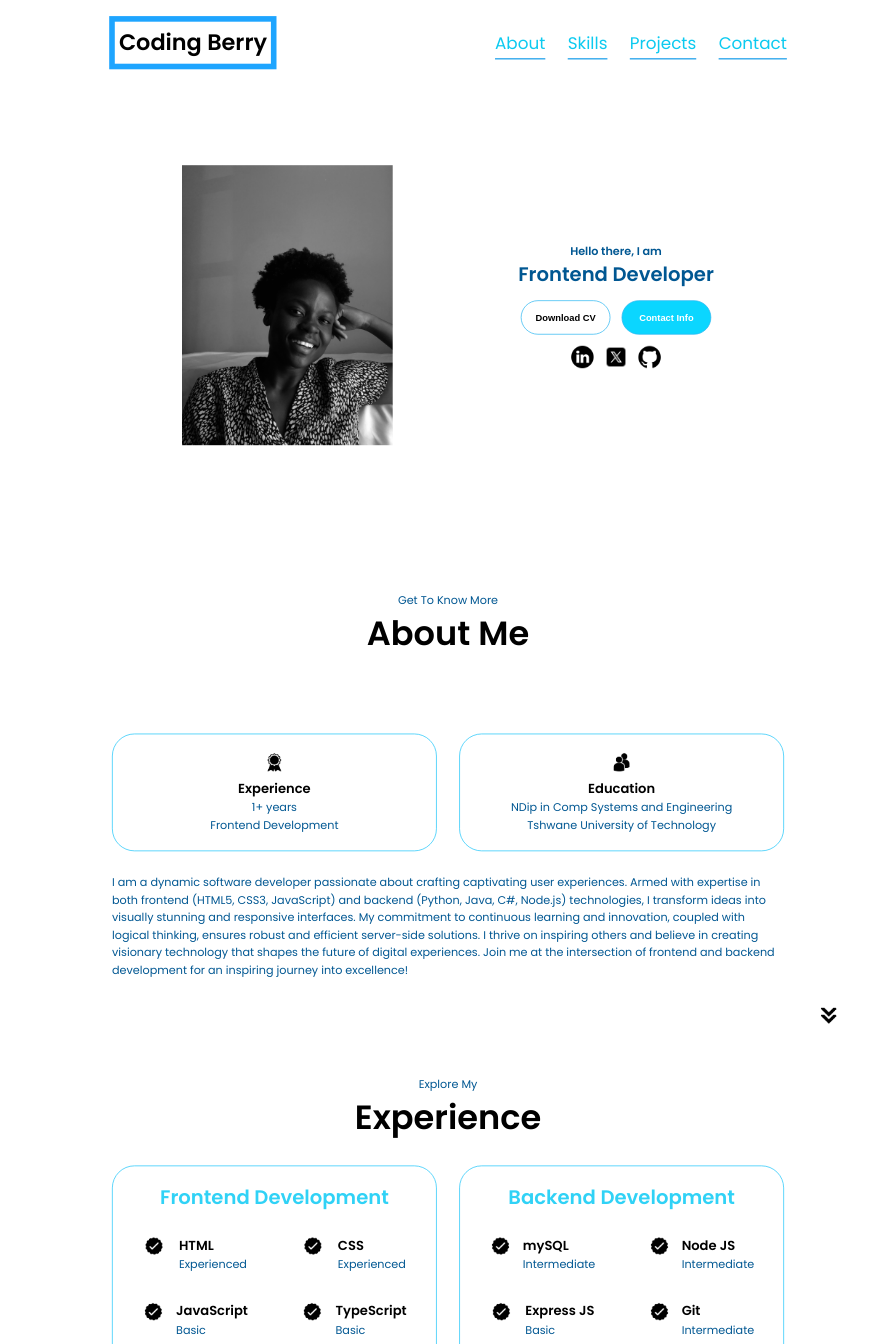
Repository: ntandomagana/FS-Dev-Portfolio
Page: index.html
An editor plug-in stored every save of this project. The page is shown before and after the next save, followed by the edit.
The browser window is 1280 px wide. The pictures show the part of the page from y = 0 to 1920 px (the page is 3177 px tall), at 70% of full size.

Above is the page before, as saved 2024-05-04 14:16:00.

### index.html
<!DOCTYPE html>
<html lang="en">
  <head>
    <meta charset="UTF-8" />
    <meta http-equiv="X-UA-Compatible" content="IE=edge" />
    <meta name="viewport" content="width=device-width, initial-scale=1.0" />
    <title>My Portfolio</title>
    <link rel="stylesheet" href="style.css" />
    <link rel="stylesheet" href="mediaqueries.css" />
  </head>
  <body>
    <nav id="desktop-nav">
      <div class="logo">Coding Berry</div>
      <div>
        <ul class="nav-links">
          <li><a href="#about">About</a></li>
          <li><a href="#experience">Skills</a></li>
          <li><a href="#projects">Projects</a></li>
          <li><a href="#contact">Contact</a></li>
        </ul>
      </div>
    </nav>
    <nav id="hamburger-nav">
      <div class="logo">Coding Berry</div>
      <div class="hamburger-menu">
        <div class="hamburger-icon" onclick="toggleMenu()">
          <span></span>
          <span></span>
          <span></span>
        </div>
        <div class="menu-links">
          <li><a href="#about" onclick="toggleMenu()">About</a></li>
          <li><a href="#experience" onclick="toggleMenu()">Skills</a></li>
          <li><a href="#projects" onclick="toggleMenu()">Projects</a></li>
          <li><a href="#contact" onclick="toggleMenu()">Contact</a></li>
        </div>
      </div>
    </nav>
    <section id="profile">
      <div class="section__pic-container">
        <img src="./assets/bwpp.jpg" alt="profile picture" />
      </div>
      <div class="section__text">
        <p class="section__text__p1">Hello there, I am</p>

        <h1 class="title"><span id="typed-text"></span></h1>

        <p class="section__text__p2">Frontend Developer</p>
        <div class="btn-container">
          <button
            class="btn btn-color-2"
            onclick="window.open('./assets/NP Magana - Web Developer.pdf')"
          >
            Download CV
          </button>
          <button class="btn btn-color-1" onclick="location.href='./#contact'">
            Contact Info
          </button>
        </div>
        <div id="socials-container">
          <img
            src="./assets/linkedin.png"
            alt="My LinkedIn profile"
            class="icon"
            onclick="location.href='https://www.linkedin.com/in/ntandoyenkosi-magana-/'"
          />

          <img
            src="./assets/icons8-twitterx-50.png"
            alt="My Github profile"
            class="icon"
            onclick="location.href='https://twitter.com/Sir_M_Charles'"
          />
          <img
            src="./assets/github.png"
            alt="My Github profile"
            class="icon"
            onclick="location.href='https://github.com/ntandomagana'"
          />
        </div>
      </div>
    </section>
    <section id="about">
      <p class="section__text__p1">Get To Know More</p>
      <h1 class="title">About Me</h1>
      <div class="section-container">
        <div class="about-details-container">
          <div class="about-containers">
            <div class="details-container">
              <img
                src="./assets/experience.png"
                alt="Experience icon"
                class="icon"
              />
              <h3>Experience</h3>
              <p>1+ years <br />Frontend Development</p>
            </div>
            <div class="details-container">
              <img
                src="./assets/education.png"
                alt="Education icon"
                class="icon"
              />
              <h3>Education</h3>
              <p>
                NDip in Comp Systems and Engineering <br />Tshwane University of
                Technology
              </p>
            </div>
          </div>
          <div class="text-container">
            <p>
              I am a dynamic software developer passionate about crafting
              captivating user experiences. Armed with expertise in both
              frontend (HTML5, CSS3, JavaScript) and backend (Python, Java, C#,
              Node.js) technologies, I transform ideas into visually stunning
              and responsive interfaces. My commitment to continuous learning
              and innovation, coupled with logical thinking, ensures robust and
              efficient server-side solutions. I thrive on inspiring others and
              believe in creating visionary technology that shapes the future of
              digital experiences. Join me at the intersection of frontend and
              backend development for an inspiring journey into excellence!
            </p>
          </div>
        </div>
      </div>
      <img
        src="./assets/arrow.png"
        alt="Arrow icon"
        class="icon arrow"
        onclick="location.href='./#experience'"
      />
    </section>
    <section id="experience">
      <p class="section__text__p1">Explore My</p>
      <h1 class="title">Experience</h1>
      <div class="experience-details-container">
        <div class="about-containers">
          <div class="details-container">
            <h2 class="experience-sub-title">Frontend Development</h2>
            <div class="article-container">
              <article>
                <img
                  src="./assets/checkmark.png"
                  alt="Experience icon"
                  class="icon"
                />
                <div>
                  <h3>HTML</h3>
                  <p>Experienced</p>
                </div>
              </article>
              <article>
                <img
                  src="./assets/checkmark.png"
                  alt="Experience icon"
                  class="icon"
                />
                <div>
                  <h3>CSS</h3>
                  <p>Experienced</p>
                </div>
              </article>
              <article>
                <img
                  src="./assets/checkmark.png"
                  alt="Experience icon"
                  class="icon"
                />
                <div>
                  <h3>JavaScript</h3>
                  <p>Basic</p>
                </div>
              </article>
              <article>
                <img
                  src="./assets/checkmark.png"
                  alt="Experience icon"
                  class="icon"
                />
                <div>
                  <h3>TypeScript</h3>
                  <p>Basic</p>
                </div>
              </article>
              <article></article>
            </div>
          </div>
          <div class="details-container">
            <h2 class="experience-sub-title">Backend Development</h2>
            <div class="article-container">
              <article>
                <img
                  src="./assets/checkmark.png"
                  alt="Experience icon"
                  class="icon"
                />
                <div>
                  <h3>mySQL</h3>
                  <p>Intermediate</p>
                </div>
              </article>
              <article>
                <img
                  src="./assets/checkmark.png"
                  alt="Experience icon"
                  class="icon"
                />
                <div>
                  <h3>Node JS</h3>
                  <p>Intermediate</p>
                </div>
              </article>
              <article>
                <img
                  src="./assets/checkmark.png"
                  alt="Experience icon"
                  class="icon"
                />
                <div>
                  <h3>Express JS</h3>
                  <p>Basic</p>
                </div>
              </article>
              <article>
                <img
                  src="./assets/checkmark.png"
                  alt="Experience icon"
                  class="icon"
                />
                <div>
                  <h3>Git</h3>
                  <p>Intermediate</p>
                </div>
              </article>
            </div>
          </div>
        </div>
      </div>
      <img
        src="./assets/arrow.png"
        alt="Arrow icon"
        class="icon arrow"
        onclick="location.href='./#projects'"
      />
    </section>
    <section id="projects">
      <p class="section__text__p1">View My Recent</p>
      <h1 class="title">Projects</h1>
      <div class="experience-details-container">
        <div class="about-containers">
          <div class="details-container color-container">
            <div class="article-container">
              <img
                src="./assets/coming soon.jpg"
                alt="Project 1"
                class="project-img"
              />
            </div>
            <h2 class="experience-sub-title project-title">Project One</h2>
            <div class="btn-container">
              <button
                class="btn btn-color-2 project-btn"
                onclick="location.href='https://github.com/'"
              >
                Github
              </button>
            </div>
          </div>
          <div class="details-container color-container">
            <div class="article-container">
              <img
                src="./assets/coming soon.jpg"
                alt="Project 2"
                class="project-img"
              />
            </div>
            <h2 class="experience-sub-title project-title">Project Two</h2>
            <div class="btn-container">
              <button
                class="btn btn-color-2 project-btn"
                onclick="location.href='https://github.com/'"
              >
                Github
              </button>
            </div>
          </div>
          <div class="details-container color-container">
            <div class="article-container">
              <img
                src="./assets/coming soon.jpg"
                alt="Project 3"
                class="project-img"
              />
            </div>
            <h2 class="experience-sub-title project-title">Project Three</h2>
            <div class="btn-container">
              <button
                class="btn btn-color-2 project-btn"
                onclick="location.href='https://github.com/'"
              >
                Github
              </button>
            </div>
          </div>
        </div>
      </div>
      <img
        src="./assets/arrow.png"
        alt="Arrow icon"
        class="icon arrow"
        onclick="location.href='./#contact'"
      />
    </section>
    <section id="contact">
      <p class="section__text__p1">Get in Touch</p>
      <h1 class="title">Contact Me</h1>
      <div class="contact-info-upper-container">
        <div class="contact-info-container">
          <img
            src="./assets/email.png"
            alt="Email icon"
            class="icon contact-icon email-icon"
          />
          <p>
            <a href="mailto:ntandomagana@gmail.com">ntandomagana@gmail.com</a>
          </p>
        </div>
        <div class="contact-info-container">
          <img
            src="./assets/linkedin.png"
            alt="LinkedIn icon"
            class="icon contact-icon"
          />
          <p><a href="https://www.linkedin.com">LinkedIn</a></p>
        </div>
      </div>
    </section>
    <footer>
      <nav>
        <div class="nav-links-container">
          <ul class="nav-links">
            <li><a href="#about">About</a></li>
            <li><a href="#experience">Skills</a></li>
            <li><a href="#projects">Projects</a></li>
            <li><a href="#contact">Contact</a></li>
          </ul>
        </div>
      </nav>
      <p>Copyright &#169; 2023 Ntando Magana. All Rights Reserved.</p>
    </footer>
    <script src="script.js"></script>
  </body>
</html>

### style.css
@import url("https://fonts.googleapis.com/css2?family=Poppins:wght@300;400;500;600&display=swap");

* {
  margin: 0;
  padding: 0;
}

body {
  font-family: "Poppins", sans-serif;
}

html {
  scroll-behavior: smooth;
}

p {
  color: #005792;
}

section {
  margin-bottom: 2px;
}

a,
.btn {
  transition: all 300ms ease;
}

nav,
.nav-links {
  display: flex;
}

nav {
  justify-content: space-around;
  align-items: center;
  height: 17vh;
}

.nav-links {
  gap: 2rem;
  list-style-type: none;
  font-size: 1.5rem;
}

a {
  color: rgb(11, 202, 240);
  text-decoration: underline;
  text-underline-offset: 0.8rem;
  text-decoration-color: rgb(51, 169, 237);
}

.logo {
  font-size: 2rem;
}

.logo:hover {
  cursor: default;
}

#hamburger-nav {
  display: none;
}

.hamburger-menu {
  position: relative;
  display: inline-block;
}

.hamburger-icon {
  display: flex;
  flex-direction: column;
  justify-content: space-between;
  height: 24px;
  width: 30px;
  cursor: pointer;
}

.hamburger-icon span {
  width: 100%;
  height: 2px;
  background-color: rgb(9, 255, 255);
  transition: all 0.3 ease-in-out;
}

.menu-links {
  position: absolute;
  top: 100%;
  right: 0;
  background-color: white;
  width: fit-content;
  max-height: 0;
  overflow: hidden;
  transition: all 0.3 ease-in-out;
}

.menu-links a {
  display: block;
  padding: 10px;
  text-align: center;
  font-size: 1.5rem;
  color: rgb(15, 224, 231);
  text-decoration: none;
  transition: all 0.3 ease-in-out;
}

.menu-links li {
  list-style-type: none;
}

.menu-links.open {
  max-height: 300px;
}

.hamburger-icon.open span:first-child {
  transform: rotate(45deg) translate(10px, 5px);
}

.hamburger-icon.open span:nth-child(2) {
  opacity: 0;
}

.hamburger-icon.open span:last-child {
  transform: rotate(-45deg) translate(10px, -5px);
}

.hamburger-icon span:first-child {
  transform: none;
}

.hamburger-icon span:first-child {
  opacity: 1;
}

.hamburger-icon span:first-child {
  transform: none;
}

section {
  padding-top: 4vh;
  height: 96vh;
  margin: 0 10rem;
  box-sizing: border-box;
  min-height: fit-content;
}

.section-container {
  display: flex;
}

#profile {
  display: flex;
  justify-content: center;
  gap: 5rem;
  height: 80vh;
}

.section__pic-container {
  display: flex;
  height: 400px;
  width: 400px;
  margin: auto 0;
}

.section__text {
  align-self: center;
  text-align: center;
}

.section__text p {
  font-weight: 600;
}

.section__text__p1 {
  text-align: center;
}

.section__text__p2 {
  font-size: 1.75rem;
  margin-bottom: 1rem;
}

.title {
  font-size: 3rem;
  text-align: center;
}

#socials-container {
  display: flex;
  justify-content: center;
  margin-top: 1rem;
  gap: 1rem;
}

.icon {
  cursor: pointer;
  height: 2rem;
}

/* BUTTONS */

.btn-container {
  display: flex;
  justify-content: center;
  gap: 1rem;
}

.btn {
  font-weight: 600;
  transition: all 300ms ease;
  padding: 1rem;
  width: 8rem;
  border-radius: 2rem;
}

.btn-color-1,
.btn-color-2 {
  border: rgb(43, 182, 241) 0.1rem solid;
}

.btn-color-1:hover,
.btn-color-2:hover {
  cursor: pointer;
}

.btn-color-1,
.btn-color-2:hover {
  background: rgb(11, 214, 255);
  color: white;
}

.btn-color-1:hover {
  background: rgb(83, 215, 232);
}

.btn-color-2 {
  background: none;
}

.btn-color-2:hover {
  border: rgb(26, 210, 243) 0.2rem solid;
}

.btn-container {
  gap: 1rem;
}

/* ABOUT SECTION */

#about {
  position: relative;
}

.about-containers {
  gap: 2rem;
  margin-bottom: 2rem;
  margin-top: 2rem;
}

.about-details-container {
  justify-content: center;
  flex-direction: column;
}

.about-containers,
.about-details-container {
  display: flex;
}

.arrow {
  position: absolute;
  right: -5rem;
  bottom: 2.5rem;
}

.details-container {
  padding: 1.5rem;
  flex: 1;
  background: white;
  border-radius: 2rem;
  border: rgb(34, 174, 239) 0.1rem solid;
  border-color: rgb(28, 197, 249);
  text-align: center;
}

.section-container {
  gap: 4rem;
  height: 80%;
}

.section__pic-container {
  height: 400px;
  width: 400px;
  margin: auto 0;
}

/* EXPERIENCE SECTION */

#experience {
  position: relative;
}

.experience-sub-title {
  color: rgb(48, 210, 246);
  font-weight: 600;
  font-size: 1.75rem;
  margin-bottom: 2rem;
}

.experience-details-container {
  display: flex;
  justify-content: center;
  flex-direction: column;
}

.article-container {
  display: flex;
  text-align: initial;
  flex-wrap: wrap;
  flex-direction: row;
  gap: 2.5rem;
  justify-content: space-around;
}

article {
  display: flex;
  width: 10rem;
  justify-content: space-around;
  gap: 0.5rem;
}

article .icon {
  cursor: default;
}

/* PROJECTS SECTION */

#projects {
  position: relative;
}

.color-container {
  border-color: rgb(21, 220, 255);
  background: rgb(250, 250, 250);
}

.project-img {
  border-radius: 2rem;
  width: 90%;
  height: 90%;
}

.project-title {
  margin: 1rem;
  color: #00bbf0;
}

.project-btn {
  color: #00bbf0;
  border-color: rgb(18, 217, 252);
}

/* CONTACT */

#contact {
  display: flex;
  justify-content: center;
  flex-direction: column;
  height: 70vh;
}

.contact-info-upper-container {
  display: flex;
  justify-content: center;
  border-radius: 2rem;
  border: rgb(16, 220, 242) 0.1rem solid;
  border-color: rgb(19, 211, 250);
  background: (250, 250, 250);
  margin: 2rem auto;
  padding: 0.5rem;
}

.contact-info-container {
  display: flex;
  align-items: center;
  justify-content: center;
  gap: 0.5rem;
  margin: 1rem;
}

.contact-info-container p {
  font-size: larger;
}

.contact-icon {
  cursor: default;
}

.email-icon {
  height: 2.5rem;
}

footer {
  height: 26vh;
  margin: 0 1rem;
}

footer p {
  text-align: center;
}

/* Add this CSS to your existing style.css or create a new style tag in the head of your HTML */

/* Bold, underline, and bubble effect for the logo */
.logo {
  font-weight: bold;
  text-decoration: wavy;
  display: inline-block;
  position: relative;
  border: 8px solid #1ea5ff; /* Adjust the border thickness and color as needed */
  padding: 6px; /* Adjust the padding as needed */
}

.logo::after {
  content: "";
  position: absolute;
  width: 100%;
  height: 0;
  bottom: 0;
  left: 0;
  opacity: 0;
  border-bottom: 2px solid #fff;
  animation: bubble 0.5s infinite ease-in-out;
}

@keyframes bubble {
  0% {
    height: 0;
    opacity: 0;
  }
  50% {
    height: 100%;
    opacity: 1;
  }
  100% {
    height: 0;
    opacity: 0;
  }
}

### mediaqueries.css
@media screen and (max-width: 1400px) {
  #profile {
    height: 83vh;
    margin-bottom: 6rem;
  }
  .about-containers {
    flex-wrap: wrap;
  }
  #contact,
  #projects {
    height: fit-content;
  }
}

@media screen and (max-width: 1200px) {
  #desktop-nav {
    display: none;
  }
  #hamburger-nav {
    display: flex;
  }
  #experience,
  .experience-details-container {
    margin-top: 2rem;
  }
  #profile,
  .section-container {
    display: block;
  }
  .arrow {
    display: none;
  }
  section,
  .section-container {
    height: fit-content;
  }
  section {
    margin: 0 5%;
  }
  .section__pic-container {
    width: 275px;
    height: 275px;
    margin: 0 auto 2rem;
  }
  .about-containers {
    margin-top: 0;
  }
}

@media screen and (max-width: 600px) {
  #contact,
  footer {
    height: 40vh;
  }
  #profile {
    height: 83vh;
    margin-bottom: 0;
  }
  article {
    font-size: 1rem;
  }
  footer nav {
    height: fit-content;
    margin-bottom: 2rem;
  }
  .about-containers,
  .contact-info-upper-container,
  .btn-container {
    flex-wrap: wrap;
  }
  .contact-info-container {
    margin: 0;
  }
  .contact-info-container p,
  .nav-links li a {
    font-size: 1rem;
  }
  .experience-sub-title {
    font-size: 1.25rem;
  }
  .logo {
    font-size: 1.5rem;
  }
  .nav-links {
    flex-direction: column;
    gap: 0.5rem;
    text-align: center;
  }
  .section__pic-container {
    width: auto;
    height: 46vw;
    justify-content: center;
  }
  .section__text__p2 {
    font-size: 1.25rem;
  }
  .title {
    font-size: 2rem;
  }
  .text-container {
    text-align: justify;
  }
}

### script.js
function toggleMenu() {
  const menu = document.querySelector(".menu-links");
  const icon = document.querySelector(".hamburger-icon");
  menu.classList.toggle("open");
  icon.classList.toggle("open");
}

//Javascript for looped typing effect
const typedText = document.getElementById("typed-text");
const textToType = 'Ntando Magana';

function typeText() {
  let index = 0;

  function type() {
    if (index < textToType.length) {
      typedText.innerHTML + -textToType.charAt(index);
      index++;
      setTimeout(type, 500); // typing speed in milliseconds
    } else {
      setTimeout(erase, 1000); // wait before erasing
    }
  }

  function erase() {
    if (typedText.innerHTML.lenght > 0) {
      typedText.innerHTML = typedText.innerHTML.slice(0, -1);
      setTimeout(erase, 500); //erasing speed in ms
    } else {
      index = 0; //Reset index for next typing cycle
      setTimeout(type, 500); // wait before typing again
    }
  }

  type(); // start typing
}

window.onload = typeText;

After the next save:
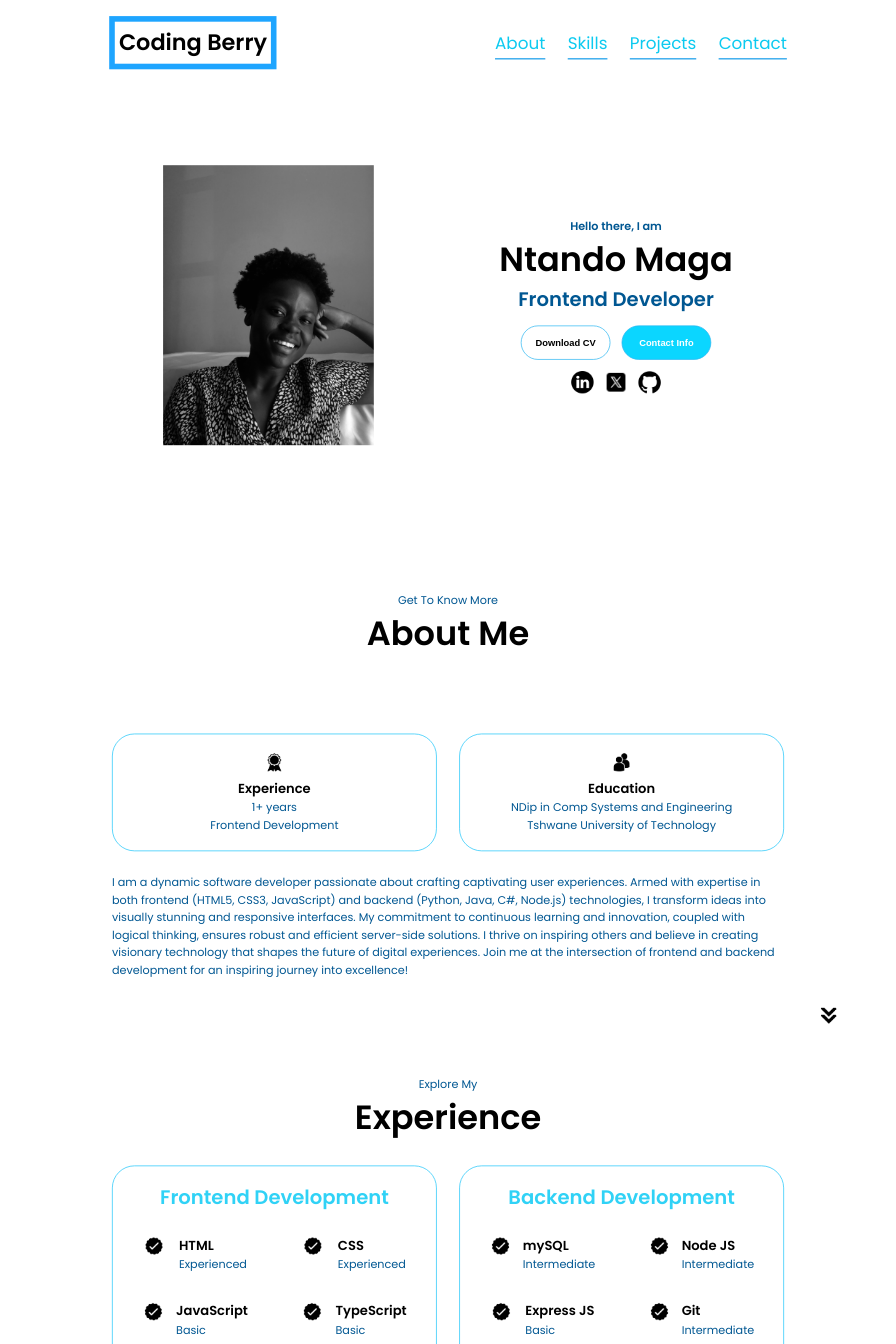
Saved 3 min 3 s later.
--- a/script.js
+++ b/script.js
@@ -14,7 +14,7 @@ function typeText() {
 
   function type() {
     if (index < textToType.length) {
-      typedText.innerHTML + -textToType.charAt(index);
+      typedText.innerHTML += textToType.charAt(index);
       index++;
       setTimeout(type, 500); // typing speed in milliseconds
     } else {
